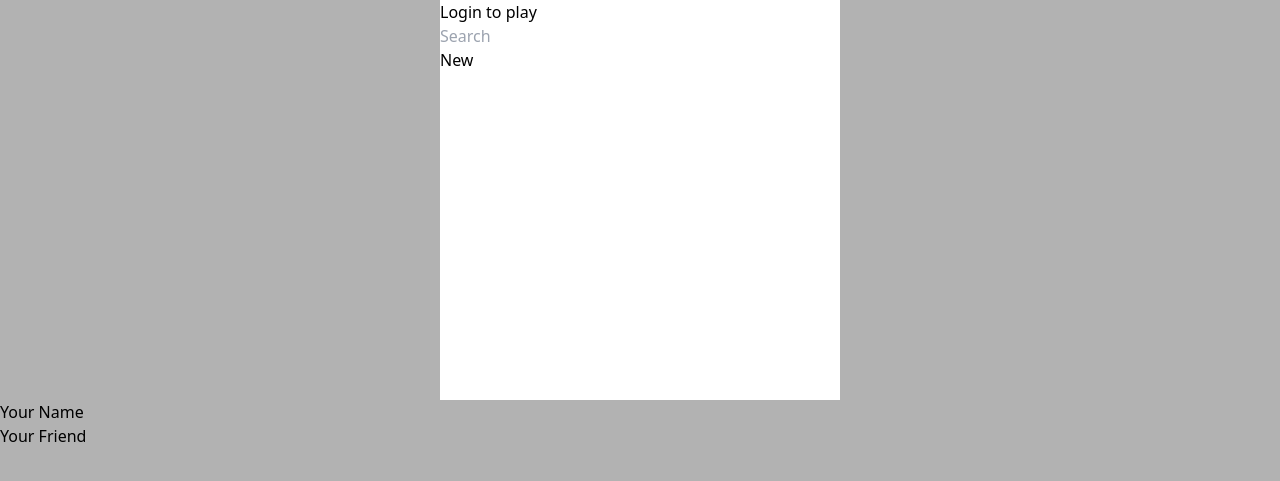
Repository: Teddy1705/demo_pj
Page: /
These files come from the project's save history. The page is drawn as it stood at one moment and after the next save; the edit follows.
The browser window is 1280 px wide. The pictures show the whole page.
The project was rebuilt for these pictures with package versions that can differ from the ones it lists, and the page was loaded fresh each time. Also part of the build but not shown: vite.config.js.

Above is the page before, as saved 2024-04-16 09:11:01.

After the next save:
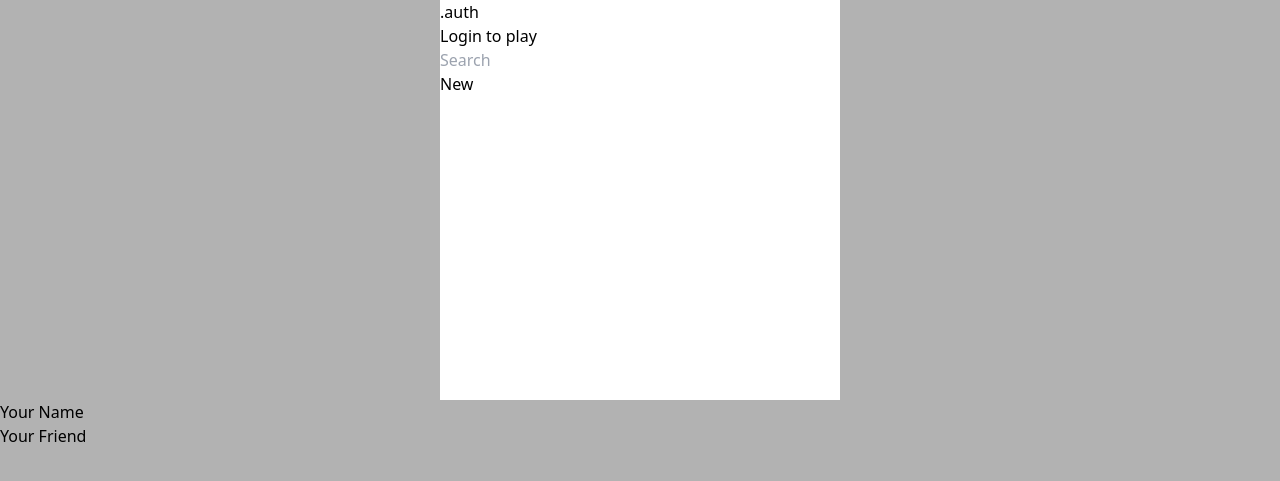
Saved 102 s later.
--- a/src/routes/root.jsx
+++ b/src/routes/root.jsx
@@ -4,6 +4,7 @@
       <div id="modal">
         <div className="modal__overlay"></div>
         <div className="modal__body">
+          .auth
           <h1>Login to play</h1>
           <form id="search-form" role="search">
             <input

After the save that followed:
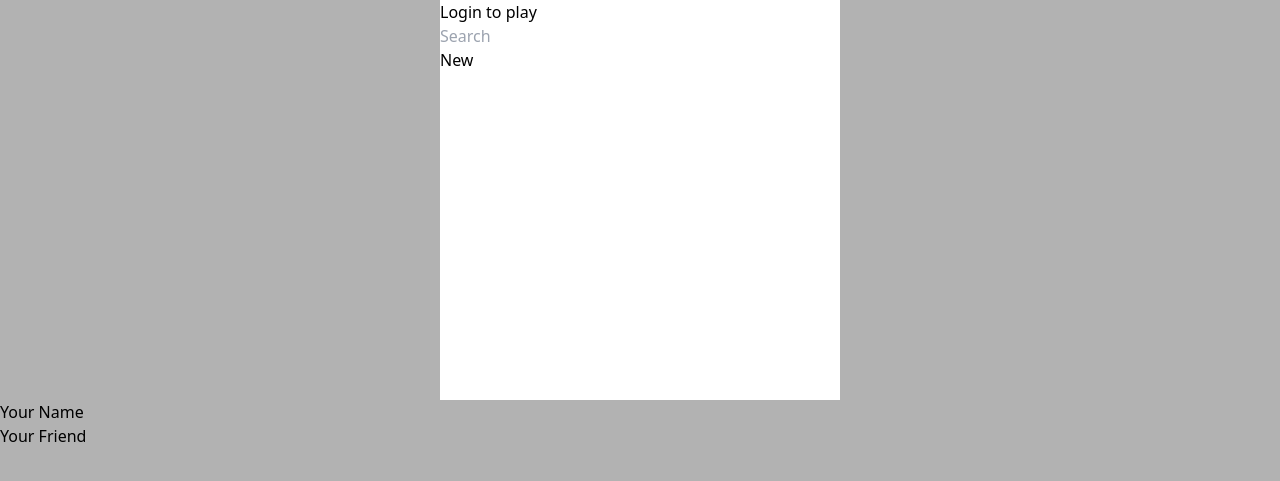
Saved 11 s later.
--- a/src/routes/root.jsx
+++ b/src/routes/root.jsx
@@ -4,7 +4,7 @@
       <div id="modal">
         <div className="modal__overlay"></div>
         <div className="modal__body">
-          .auth
+          <div className="auth-form"></div>
           <h1>Login to play</h1>
           <form id="search-form" role="search">
             <input
